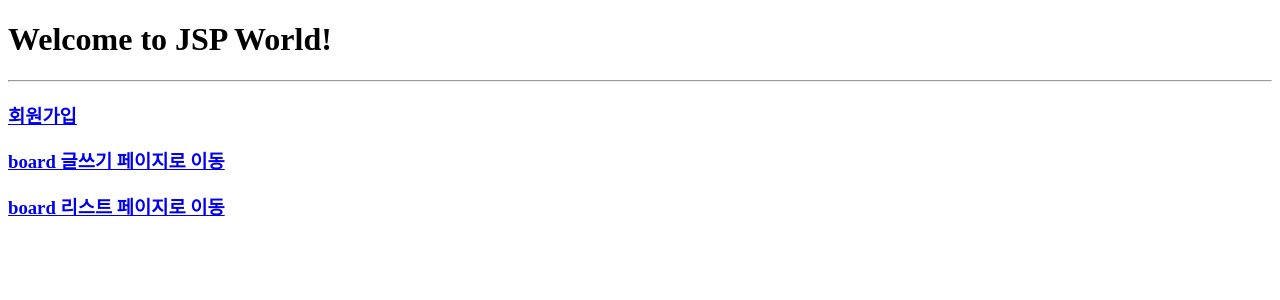
Repository: Umc404/jsp
Page: http://localhost/jsp_study/
An editor plug-in stored every save of this project. The page is shown before and after a run of saves, followed by the edit.
The browser window is 1280 px wide. The pictures show the whole page.
The page is served by Tomcat 9.

Above is the page before, as saved 2024-10-25 01:50:54.

After the next 3 saves:
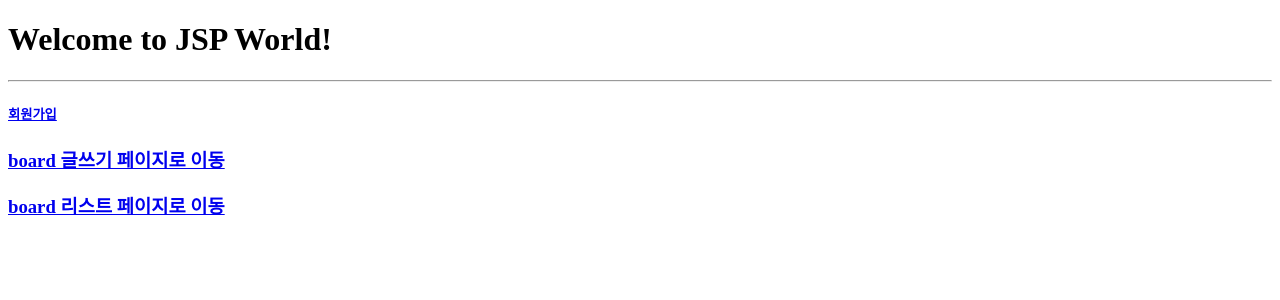
The 3 saves are shown as one change because they came seconds apart.
The last was saved 14 s later.
--- a/jsp_study/src/main/webapp/index.jsp
+++ b/jsp_study/src/main/webapp/index.jsp
@@ -9,8 +9,10 @@
 <body>
 	<h1>Welcome to JSP World!</h1>
 	<hr>
-	<h3><a href="/mem/join">회원가입</a></h3>
+	<h5><a href="/mem/join">회원가입</a></h5>
+
 	<!-- jsp의 모든 경로는 controller로 이동되개 해야함. -->
+
 	<h3><a href="/brd/register">board 글쓰기 페이지로 이동</a></h3>
 	<h3><a href="/brd/list">board 리스트 페이지로 이동</a></h3>
 </body>
